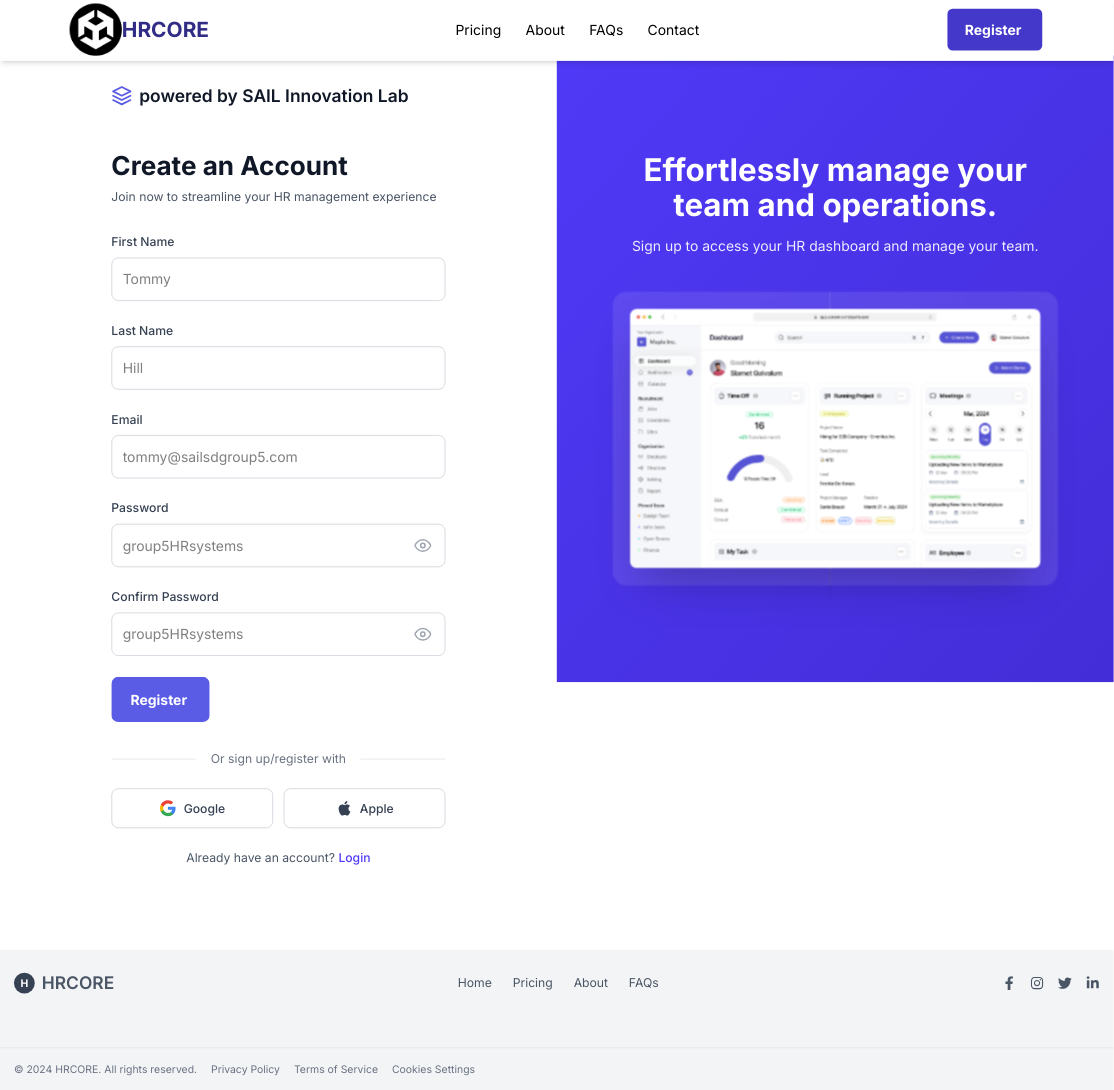
Repository: SAIL-GROUP-5-HR-WEB-APP/HR-WEB
Page: /signup
An editor plug-in stored every save of this project. The page is shown before and after the next save, followed by the edit.
The browser window is 1280 px wide. The pictures show the whole page, at 87% of full size.
The project was rebuilt for these pictures with package versions that can differ from the ones it lists, and the page was loaded fresh each time. Also part of the build but not shown: vite.config.ts, src/Components/Block/home/Hero.tsx, src/Components/Block/home/Companies.tsx, src/Components/Block/home/Body.tsx, src/Components/Block/home/HowItWorks.tsx, src/Components/Block/home/HowOne.tsx, src/Components/Block/home/HowTwo.tsx, src/Components/Block/home/Testimonial.tsx and 8 more.

Above is the page before, as saved 2025-08-11 09:26:31.

After the next save:
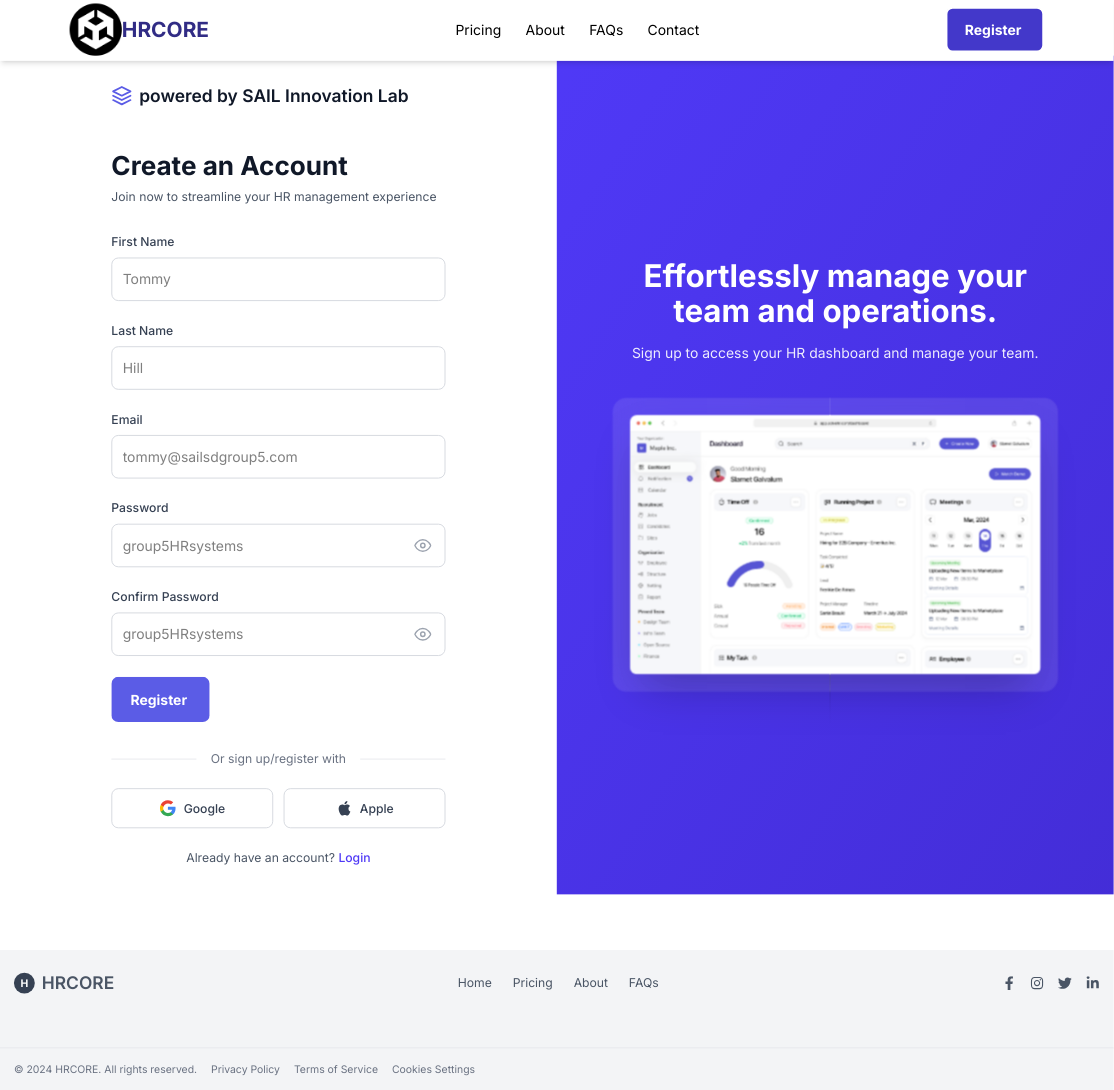
Saved 5 s later.
--- a/src/Pages/SignupPage.tsx
+++ b/src/Pages/SignupPage.tsx
@@ -299,7 +299,7 @@ const SignupPage: React.FC = () => {
       </div>
 
       {/* Image Section */}
-      <div className="lg:w-1/2 w-full bg-gradient-to-br from-indigo-600 to-indigo-700 flex items-center justify-center p-10 h-2 min-h-screen">
+      <div className="lg:w-1/2 w-full bg-gradient-to-br from-indigo-600 to-indigo-700 flex items-center justify-center p-10 h-2xl min-h-screen">
         <div className="text-center text-white max-w-lg w-full">
           <h2 className="text-3xl font-bold mb-4 lg:text-4xl">
             Effortlessly manage your team and operations.
